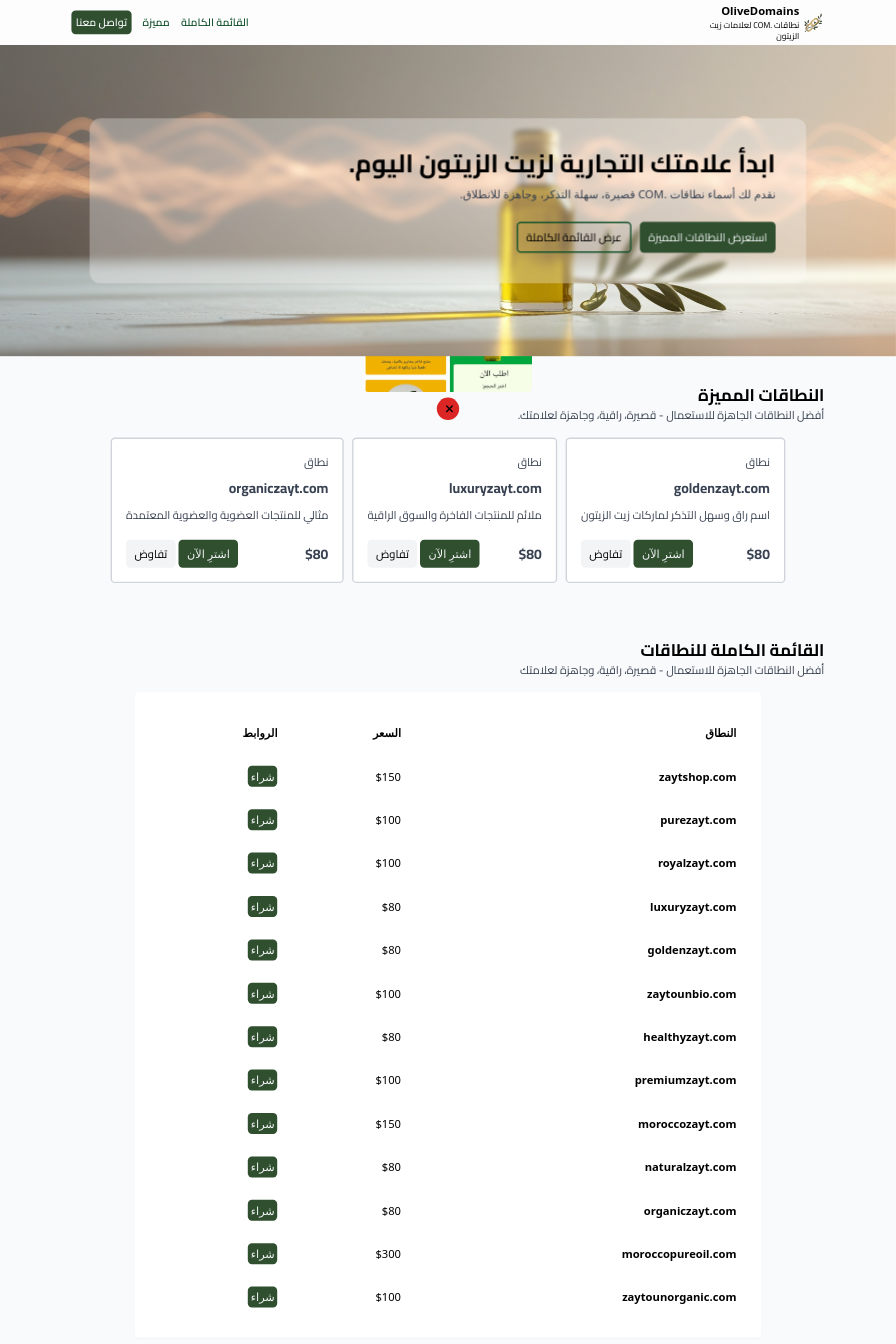
Repository: zakaria-bn05/Olive-oil-domaine-names-english-version
Page: index.html
The author's editor kept a copy of each file at every save. The page is drawn from the files as they stood at one save, then again after the next save.
The browser window is 1280 px wide. The pictures show the part of the page from y = 0 to 1920 px (the page is 2771 px tall), at 70% of full size.
Empty fields were first filled with sample values (such as "Sample", 5 or name@example.com).
After loading, the first visible `#display-landing-page` was clicked once.
Some web libraries are served in a nearby version.

Above is the page before, as saved 2025-11-19 04:53:57.
Console error: TypeError: Cannot read properties of undefined (reading 'style')

After the next save:
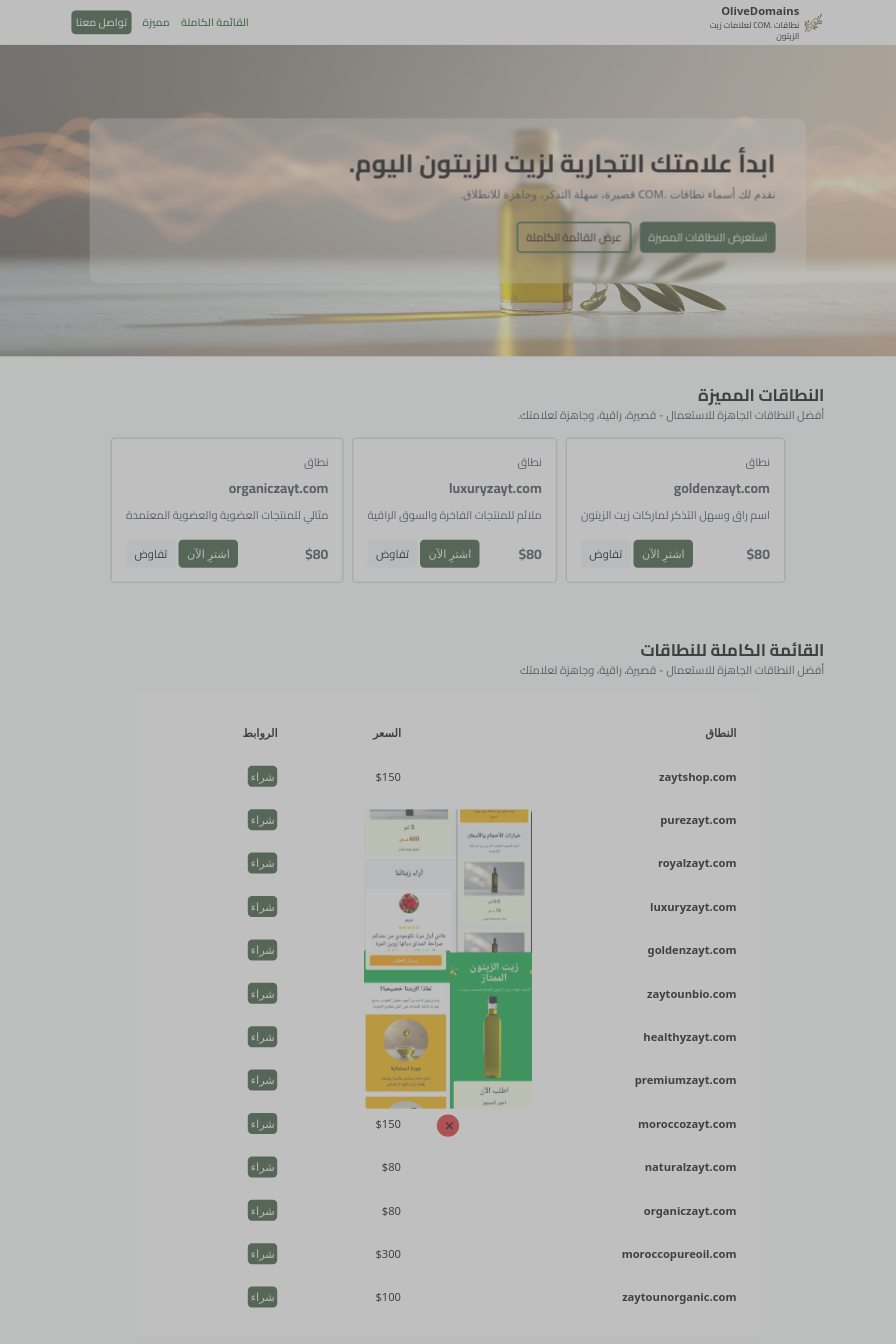
The error is gone.
Saved 33 s later.
--- a/index.js
+++ b/index.js
@@ -60,7 +60,7 @@ const displayLandingPageBtn = document.getElementById('display-landing-page');
 displayLandingPageBtn.addEventListener('click', () => {
     const landingPageContainer = document.getElementById('landing-page-container');
     landingPageContainer.style.display = 'flex'
-    document.main.style.filter = "contrast(50%)"
+    document.body.style.filter = "contrast(50%)"
 
 });
 
